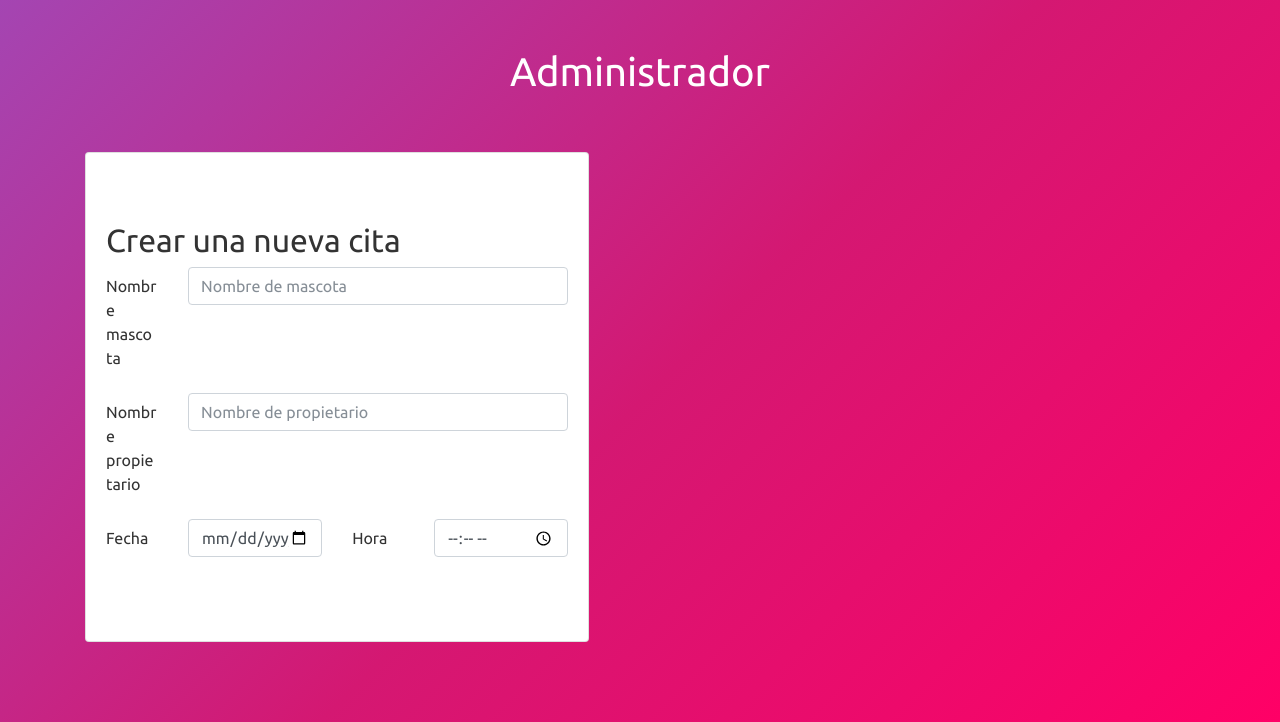
Repository: harrycampaz/react-veterinario-form
Page: /
An editor plug-in stored every save of this project. The page is shown before and after the next save, followed by the edit.
The browser window is 1280 px wide. The pictures show the whole page.
The project was rebuilt for these pictures with package versions that can differ from the ones it lists, and the page was loaded fresh each time.

Above is the page before, as saved 2020-01-16 14:23:56.

After the next save:
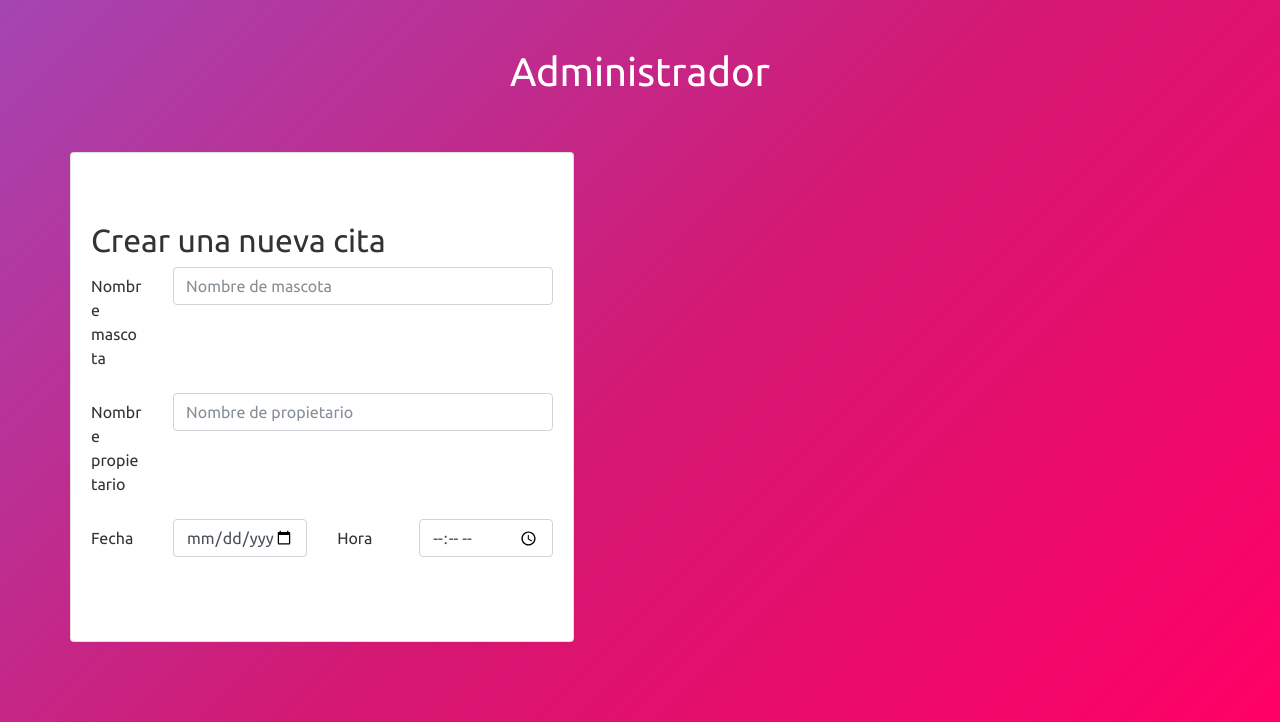
Saved 15 s later.
--- a/src/App.js
+++ b/src/App.js
@@ -9,8 +9,8 @@ class App extends Component {
     return (
       <div className="container">
         <Header titulo="Administrador" />
-        <div className="row col-md-10">
-          <div className=" max-auto">
+        <div className="row">
+          <div className="">
             <NuevaCita />
           </div>
         </div>
